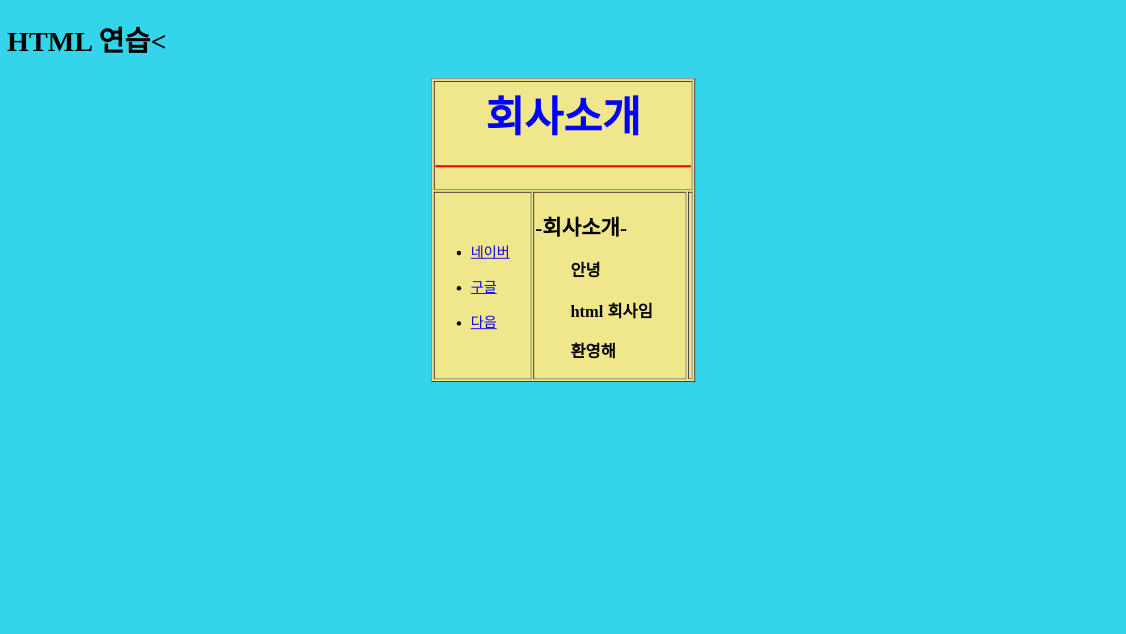
Repository: sika5382/jsp
Page: html/WebContent/NewFile2.html
An editor plug-in stored every save of this project. The page is shown before and after the next save, followed by the edit.
The browser window is 1280 px wide. The pictures show the whole page, at 88% of full size.

Above is the page before, as saved 2020-10-29 08:26:42.

After the next save:
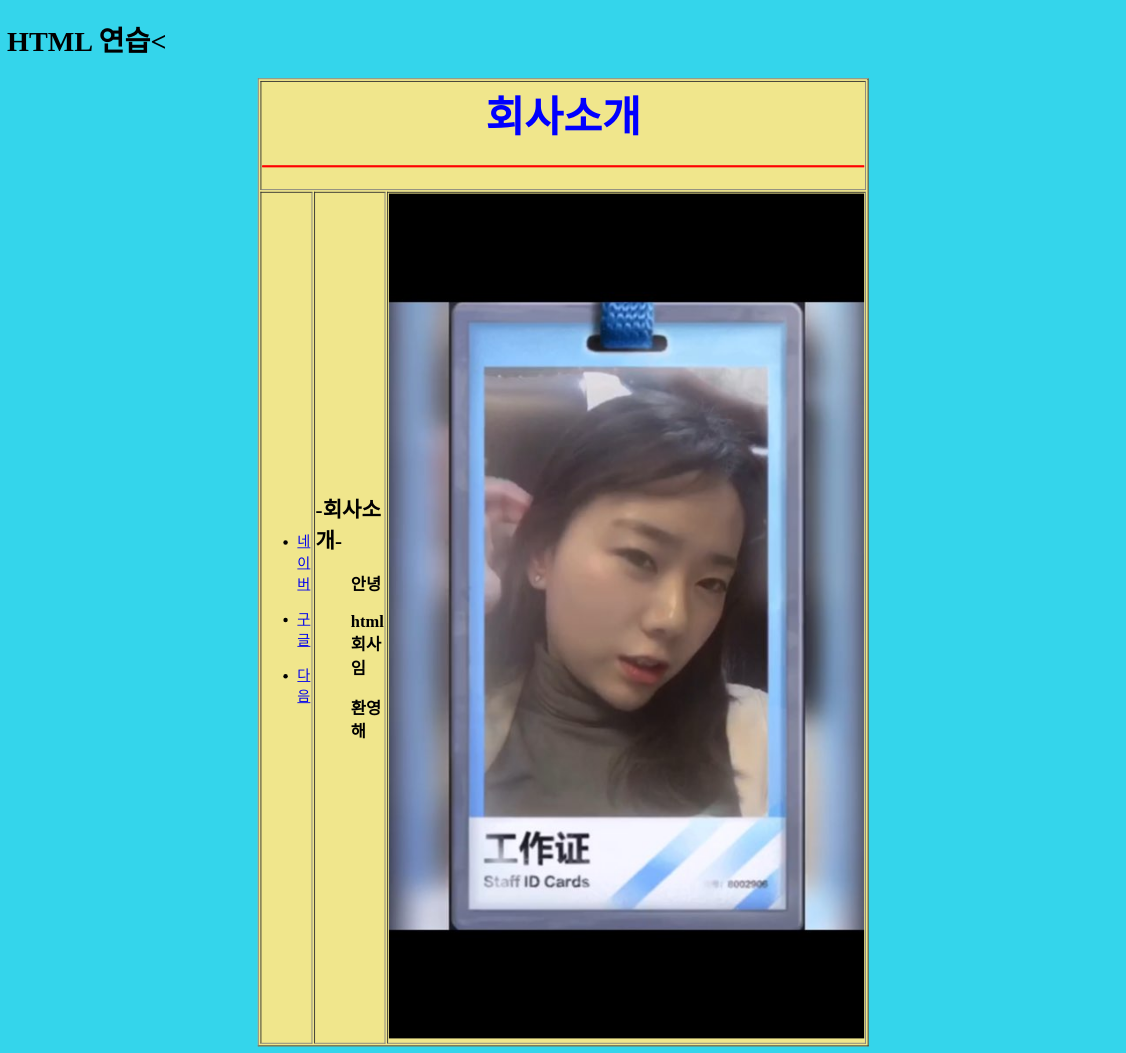
Saved 108 s later.
--- a/html/WebContent/NewFile2.html
+++ b/html/WebContent/NewFile2.html
@@ -46,8 +46,11 @@
 
 					</h3>
 				</td>
-				<td align>
-
+				<td align = "right">
+					<a href="aa.jpg">
+						<img src="aa.jpg">
+					</a>
+				</td>
 			</tr>
 
 
